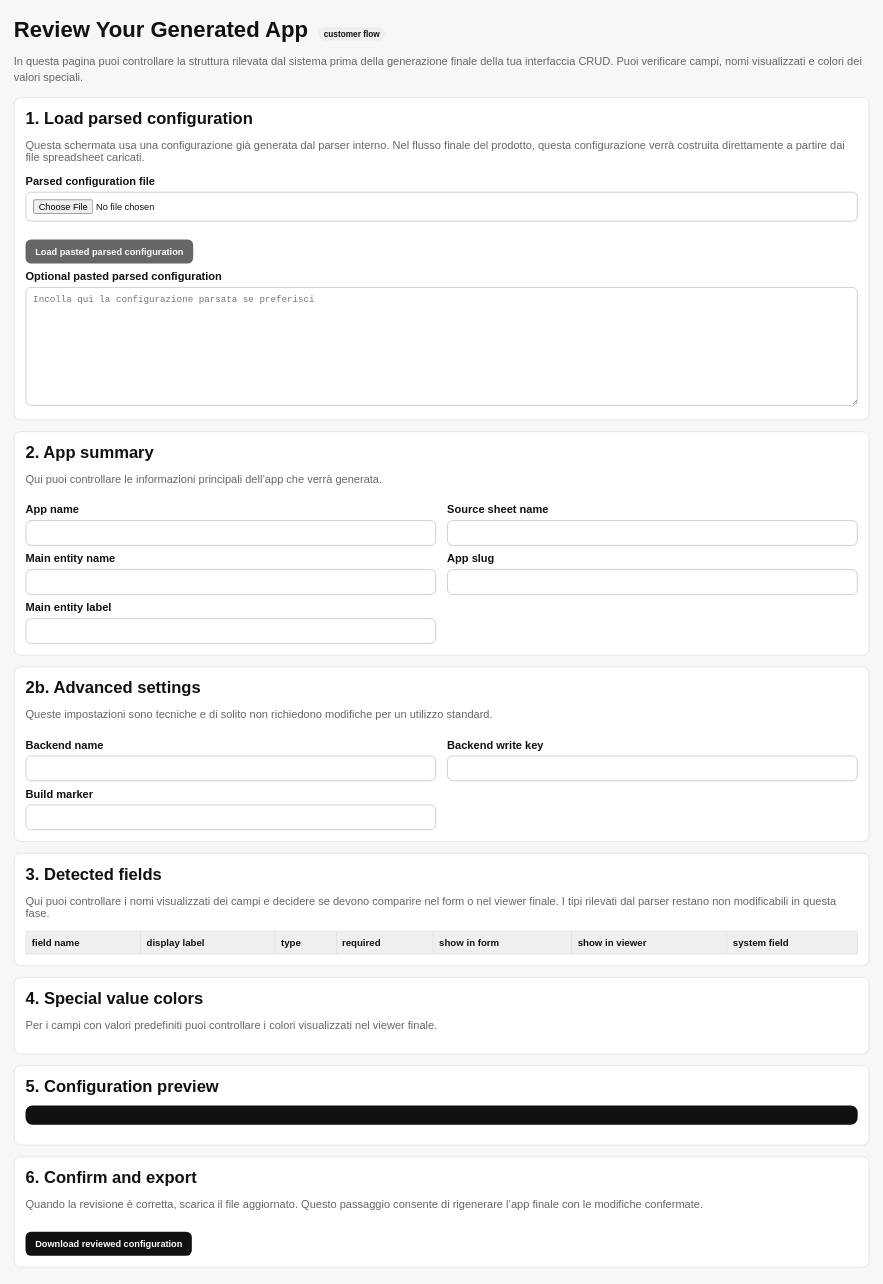
Repository: progettazionemauro/sheets.builder
Page: docs/review.html
An editor plug-in stored every save of this project. The page is shown before and after a run of saves, followed by the edit.
The browser window is 1280 px wide. The pictures show the whole page, at 69% of full size.

Above is the page before, as saved 2026-04-19 08:39:53.

### docs/review.html
<!doctype html>
<html lang="it">
<head>
  <meta charset="utf-8" />
  <meta name="viewport" content="width=device-width, initial-scale=1" />
  <title>Review Generated App</title>
  <style>
    body {
      font-family: Arial, sans-serif;
      max-width: 1240px;
      margin: 24px auto;
      padding: 0 16px;
      background: #f7f7f7;
      color: #111;
    }

    h1, h2, h3 {
      margin-bottom: 8px;
    }

    .card h2 {
      margin-top: 0;
    }

    .muted {
      color: #666;
    }

    .card {
      background: #fff;
      border: 1px solid #ddd;
      border-radius: 10px;
      padding: 16px;
      margin: 16px 0;
    }

    label {
      display: block;
      margin: 10px 0 6px;
      font-weight: bold;
    }

    input, textarea, select {
      width: 100%;
      box-sizing: border-box;
      padding: 10px;
      border: 1px solid #bbb;
      border-radius: 8px;
      background: #fff;
    }

    button {
      margin-top: 14px;
      padding: 10px 14px;
      border: 0;
      border-radius: 8px;
      background: #111;
      color: #fff;
      font-weight: bold;
      cursor: pointer;
    }

    button.secondary {
      background: #666;
    }

    button:disabled {
      opacity: .6;
      cursor: not-allowed;
    }

    .grid {
      display: grid;
      grid-template-columns: 1fr 1fr;
      gap: 16px;
    }

    .actions {
      display: flex;
      gap: 10px;
      flex-wrap: wrap;
      margin-top: 12px;
      align-items: center;
    }

    pre {
      background: #111;
      color: #d8ffd8;
      padding: 14px;
      border-radius: 10px;
      overflow: auto;
      white-space: pre-wrap;
    }

    table {
      width: 100%;
      border-collapse: collapse;
      margin-top: 10px;
      background: #fff;
    }

    th, td {
      border: 1px solid #ddd;
      padding: 8px;
      font-size: 14px;
      text-align: left;
      vertical-align: top;
    }

    th {
      background: #efefef;
    }

    .readonly-cell {
      background: #f3f3f3;
      color: #666;
    }

    .ok {
      color: #0a6;
      font-weight: bold;
    }

    .err {
      color: #b00;
      font-weight: bold;
    }

    .badge {
      display: inline-block;
      padding: 3px 8px;
      border-radius: 999px;
      background: #eee;
      font-size: 12px;
      margin-left: 6px;
    }

    .hero-note {
      line-height: 1.5;
    }
  </style>
</head>
<body>

  <h1>Review Your Generated App <span class="badge">customer flow</span></h1>
  <p class="muted hero-note">
    In questa pagina puoi controllare la struttura rilevata dal sistema prima della generazione finale
    della tua interfaccia CRUD. Puoi verificare campi, nomi visualizzati e colori dei valori speciali.
  </p>

  <div class="card">
    <h2>1. Load parsed configuration</h2>
    <p class="muted">
      Questa schermata usa una configurazione già generata dal parser interno.
      Nel flusso finale del prodotto, questa configurazione verrà costruita direttamente a partire dai file spreadsheet caricati.
    </p>

    <label for="fileInput">Parsed configuration file</label>
    <input id="fileInput" type="file" accept=".json,application/json" />

    <div class="actions">
      <button id="loadSampleBtn" type="button" class="secondary">Load pasted parsed configuration</button>
      <span id="loadStatus" class="muted"></span>
    </div>

    <label for="rawJsonInput">Optional pasted parsed configuration</label>
    <textarea id="rawJsonInput" rows="10" placeholder="Incolla qui la configurazione parsata se preferisci"></textarea>
  </div>

  <div class="card">
    <h2>2. App summary</h2>
    <p class="muted">
      Qui puoi controllare le informazioni principali dell’app che verrà generata.
    </p>

    <div class="grid">
      <div>
        <label for="projectName">App name</label>
        <input id="projectName" />

        <label for="entityName">Main entity name</label>
        <input id="entityName" />

        <label for="entityLabelLower">Main entity label</label>
        <input id="entityLabelLower" />
      </div>

      <div>
        <label for="sheetName">Source sheet name</label>
        <input id="sheetName" />

        <label for="projectSlug">App slug</label>
        <input id="projectSlug" />
      </div>
    </div>
  </div>

  <div class="card">
    <h2>2b. Advanced settings</h2>
    <p class="muted">
      Queste impostazioni sono tecniche e di solito non richiedono modifiche per un utilizzo standard.
    </p>

    <div class="grid">
      <div>
        <label for="backendName">Backend name</label>
        <input id="backendName" />

        <label for="buildMarker">Build marker</label>
        <input id="buildMarker" />
      </div>

      <div>
        <label for="adminPassword">Backend write key</label>
        <input id="adminPassword" />
      </div>
    </div>
  </div>

  <div class="card">
    <h2>3. Detected fields</h2>
    <p class="muted">
      Qui puoi controllare i nomi visualizzati dei campi e decidere se devono comparire nel form o nel viewer finale.
      I tipi rilevati dal parser restano non modificabili in questa fase.
    </p>

    <table id="fieldsTable">
      <thead>
        <tr>
          <th>field name</th>
          <th>display label</th>
          <th>type</th>
          <th>required</th>
          <th>show in form</th>
          <th>show in viewer</th>
          <th>system field</th>
        </tr>
      </thead>
      <tbody></tbody>
    </table>
  </div>

  <div class="card">
    <h2>4. Special value colors</h2>
    <p class="muted">
      Per i campi con valori predefiniti puoi controllare i colori visualizzati nel viewer finale.
    </p>

    <div id="enumStylesWrap"></div>
  </div>

  <div class="card">
    <h2>5. Configuration preview</h2>
    <pre id="stateOut"></pre>
  </div>

  <div class="card">
    <h2>6. Confirm and export</h2>
    <p class="muted">
      Quando la revisione è corretta, scarica il file aggiornato. Questo passaggio consente di rigenerare
      l’app finale con le modifiche confermate.
    </p>

    <div class="actions">
      <button id="downloadBtn" type="button">Download reviewed configuration</button>
      <span id="downloadStatus" class="muted"></span>
    </div>
  </div>

<script>
  let builderState = null;

  function setStatus(id, msg, cls = "muted") {
    const el = document.getElementById(id);
    el.textContent = msg;
    el.className = cls;
  }

  function normalizeBool(value) {
    return value === true;
  }

  function escapeHtml(value) {
    return String(value ?? "")
      .replace(/&/g, "&amp;")
      .replace(/</g, "&lt;")
      .replace(/>/g, "&gt;")
      .replace(/"/g, "&quot;");
  }

  function ensureBuilderStateShape(state) {
    if (!state || typeof state !== "object") {
      throw new Error("Parsed configuration non valida: root non oggetto");
    }

    if (!state.project || typeof state.project !== "object") {
      state.project = {};
    }

    if (!Array.isArray(state.fields)) {
      state.fields = [];
    }

    if (!state.constraints || typeof state.constraints !== "object") {
      state.constraints = {};
    }

    if (!state.enums || typeof state.enums !== "object") {
      state.enums = {};
    }

    if (!state.enumStyles || typeof state.enumStyles !== "object") {
      state.enumStyles = {};
    }

    if (!state.lists || typeof state.lists !== "object") {
      state.lists = {};
    }

    if (!state.options || typeof state.options !== "object") {
      state.options = {};
    }

    state.fields = state.fields.map(field => {
      const f = { ...field };
      f.name = String(f.name || "").trim();
      f.label = String(f.label || f.name || "").trim();
      f.type = String(f.type || "string").trim();
      f.required = normalizeBool(f.required);
      f.computed = normalizeBool(f.computed);
      f.visibleInForm = normalizeBool(f.visibleInForm);
      f.visibleInViewer = normalizeBool(f.visibleInViewer);
      f.locked = normalizeBool(f.locked);
      if (!Array.isArray(f.enumValues)) f.enumValues = [];
      return f;
    });

    recomputeListsFromFields(state);
    return state;
  }

  function recomputeListsFromFields(state) {
    const headers = [];
    const requiredOnInsert = [];
    const optionalOnInsert = [];
    const computed = [];
    const visibleInForm = [];
    const visibleInViewer = [];
    const enums = {};
    const enumStyles = state.enumStyles || {};

    for (const field of state.fields) {
      headers.push(field.name);

      if (field.computed) {
        computed.push(field.name);
      } else if (field.required) {
        requiredOnInsert.push(field.name);
      } else {
        optionalOnInsert.push(field.name);
      }

      if (field.visibleInForm) {
        visibleInForm.push(field.name);
      }

      if (field.visibleInViewer) {
        visibleInViewer.push(field.name);
      }

      if (field.type === "enum" && Array.isArray(field.enumValues) && field.enumValues.length) {
        enums[field.name] = field.enumValues.slice();
      }

      if (field.type === "enum") {
        if (!enumStyles[field.name]) {
          enumStyles[field.name] = {};
        }
        field.enumStyles = enumStyles[field.name];
      }
    }

    state.enums = enums;
    state.enumStyles = enumStyles;
    state.lists = {
      headers,
      requiredOnInsert,
      optionalOnInsert,
      computed,
      visibleInForm,
      visibleInViewer
    };
  }

  function renderProject() {
    const p = builderState.project || {};
    document.getElementById("projectName").value = p.projectName || "";
    document.getElementById("projectSlug").value = p.projectSlug || "";
    document.getElementById("backendName").value = p.backendName || "";
    document.getElementById("entityName").value = p.entityName || "";
    document.getElementById("entityLabelLower").value = p.entityLabelLower || "";
    document.getElementById("sheetName").value = p.sheetName || "";
    document.getElementById("buildMarker").value = p.buildMarker || "";
    document.getElementById("adminPassword").value = p.adminPassword || "";
  }

  function renderFieldsTable() {
    const tbody = document.querySelector("#fieldsTable tbody");
    tbody.innerHTML = "";

    builderState.fields.forEach((field, idx) => {
      const tr = document.createElement("tr");

      tr.innerHTML = `
        <td class="readonly-cell">
          <input data-key="name" data-index="${idx}" value="${escapeHtml(field.name)}" readonly />
        </td>
        <td>
          <input data-key="label" data-index="${idx}" value="${escapeHtml(field.label || "")}" />
        </td>
        <td class="readonly-cell">
          <input data-key="type" data-index="${idx}" value="${escapeHtml(field.type)}" readonly />
        </td>
        <td>
          <select data-key="required" data-index="${idx}" ${field.computed ? "disabled" : ""}>
            <option value="false" ${field.required ? "" : "selected"}>NO</option>
            <option value="true" ${field.required ? "selected" : ""}>YES</option>
          </select>
        </td>
        <td>
          <select data-key="visibleInForm" data-index="${idx}" ${field.computed ? "disabled" : ""}>
            <option value="false" ${field.visibleInForm ? "" : "selected"}>NO</option>
            <option value="true" ${field.visibleInForm ? "selected" : ""}>YES</option>
          </select>
        </td>
        <td>
          <select data-key="visibleInViewer" data-index="${idx}">
            <option value="false" ${field.visibleInViewer ? "" : "selected"}>NO</option>
            <option value="true" ${field.visibleInViewer ? "selected" : ""}>YES</option>
          </select>
        </td>
        <td class="readonly-cell">${field.locked ? "YES" : "NO"}</td>
      `;

      tbody.appendChild(tr);
    });

    bindFieldEvents();
  }

  function ensureEnumStylesShape() {
    if (!builderState.enumStyles || typeof builderState.enumStyles !== "object") {
      builderState.enumStyles = {};
    }

    builderState.fields.forEach(field => {
      if (field.type !== "enum") return;

      if (!builderState.enumStyles[field.name] || typeof builderState.enumStyles[field.name] !== "object") {
        builderState.enumStyles[field.name] = {};
      }

      (field.enumValues || []).forEach(value => {
        if (!builderState.enumStyles[field.name][value]) {
          builderState.enumStyles[field.name][value] = { bg: "", fg: "" };
        } else {
          const styleObj = builderState.enumStyles[field.name][value];
          builderState.enumStyles[field.name][value] = {
            bg: String(styleObj.bg || ""),
            fg: String(styleObj.fg || "")
          };
        }
      });
    });
  }

  function renderEnumStylesEditor() {
    const wrap = document.getElementById("enumStylesWrap");
    if (!wrap) return;

    wrap.innerHTML = "";
    ensureEnumStylesShape();

    const enumFields = builderState.fields.filter(field => field.type === "enum");

    if (!enumFields.length) {
      wrap.innerHTML = `<div class="muted">Nessun campo con valori speciali rilevato.</div>`;
      return;
    }

    enumFields.forEach(field => {
      const box = document.createElement("div");
      box.className = "card";
      box.style.margin = "12px 0";
      box.style.padding = "12px";

      let html = `<h3 style="margin:0 0 10px;">${escapeHtml(field.label || field.name)} <span class="muted">(${escapeHtml(field.name)})</span></h3>`;
      html += `<table><thead><tr><th>value</th><th>background</th><th>foreground</th><th>preview</th></tr></thead><tbody>`;

      (field.enumValues || []).forEach(value => {
        const styleObj = builderState.enumStyles[field.name][value] || { bg: "", fg: "" };
        const bg = styleObj.bg || "#ffffff";
        const fg = styleObj.fg || "#000000";

        const previewStyle = [
          bg ? `background:${bg}` : "",
          fg ? `color:${fg}` : "",
          "font-weight:700",
          "text-align:center"
        ].filter(Boolean).join("; ");

        html += `
          <tr>
            <td class="readonly-cell">${escapeHtml(value)}</td>

            <td>
              <div style="display:flex; gap:8px; align-items:center;">
                <input
                  data-enum-field="${escapeHtml(field.name)}"
                  data-enum-value="${escapeHtml(value)}"
                  data-enum-prop="bg"
                  data-enum-role="text"
                  value="${escapeHtml(bg)}"
                  placeholder="#ffffff"
                  style="width:140px;"
                />
                <input
                  type="color"
                  data-enum-field="${escapeHtml(field.name)}"
                  data-enum-value="${escapeHtml(value)}"
                  data-enum-prop="bg"
                  data-enum-role="picker"
                  value="${escapeHtml(bg)}"
                  style="width:56px; padding:4px;"
                />
              </div>
            </td>

            <td>
              <div style="display:flex; gap:8px; align-items:center;">
                <input
                  data-enum-field="${escapeHtml(field.name)}"
                  data-enum-value="${escapeHtml(value)}"
                  data-enum-prop="fg"
                  data-enum-role="text"
                  value="${escapeHtml(fg)}"
                  placeholder="#000000"
                  style="width:140px;"
                />
                <input
                  type="color"
                  data-enum-field="${escapeHtml(field.name)}"
                  data-enum-value="${escapeHtml(value)}"
                  data-enum-prop="fg"
                  data-enum-role="picker"
                  value="${escapeHtml(fg)}"
                  style="width:56px; padding:4px;"
                />
              </div>
            </td>

            <td>
              <div style="padding:8px; border-radius:8px; border:1px solid #ddd; ${previewStyle}">
                ${escapeHtml(value)}
              </div>
            </td>
          </tr>
        `;
      });

      html += `</tbody></table>`;
      box.innerHTML = html;
      wrap.appendChild(box);
    });

    bindEnumStyleEvents();
  }

  function renderEnumStyles() {
    renderEnumStylesEditor();
  }

  function bindFieldEvents() {
    document.querySelectorAll("[data-key]").forEach(el => {
      const key = el.dataset.key;
      const idx = Number(el.dataset.index);
      const field = builderState.fields[idx];

      if (key === "type" || key === "name") {
        return;
      }

      if (el.tagName === "INPUT") {
        el.addEventListener("input", () => {
          field[key] = el.value;
          recomputeListsFromFields(builderState);
          renderPreviewOnly();
        });
        return;
      }

      if (el.tagName === "SELECT") {
        el.addEventListener("change", () => {
          field[key] = el.value === "true";

          if (key === "required" && field.computed) {
            field.required = false;
          }

          if (key === "visibleInForm" && field.computed) {
            field.visibleInForm = false;
          }

          recomputeListsFromFields(builderState);
          renderPreviewOnly();
        });
      }
    });
  }

  function syncEnumStyleInputs(fieldName, valueName, prop, value) {
    document.querySelectorAll(
      `[data-enum-field="${fieldName}"][data-enum-value="${valueName}"][data-enum-prop="${prop}"]`
    ).forEach(el => {
      if (el.value !== value) {
        el.value = value;
      }
    });
  }

  function bindEnumStyleEvents() {
    document.querySelectorAll("[data-enum-field]").forEach(el => {
      el.addEventListener("input", () => {
        const fieldName = el.dataset.enumField;
        const valueName = el.dataset.enumValue;
        const prop = el.dataset.enumProp;
        const role = el.dataset.enumRole;

        if (!builderState.enumStyles[fieldName]) {
          builderState.enumStyles[fieldName] = {};
        }

        if (!builderState.enumStyles[fieldName][valueName]) {
          builderState.enumStyles[fieldName][valueName] = { bg: "", fg: "" };
        }

        let val = el.value.trim();

        if (role === "picker") {
          val = val.toLowerCase();
        }

        builderState.enumStyles[fieldName][valueName][prop] = val;

        syncEnumStyleInputs(fieldName, valueName, prop, val);
        renderPreviewOnly();
        renderEnumStylesEditor();
      });
    });
  }

  function bindProjectEvents() {
    const mapping = [
      "projectName",
      "projectSlug",
      "backendName",
      "entityName",
      "entityLabelLower",
      "sheetName",
      "buildMarker",
      "adminPassword"
    ];

    mapping.forEach(key => {
      const el = document.getElementById(key);
      el.addEventListener("input", () => {
        if (!builderState) return;
        builderState.project[key] = el.value;
        renderPreviewOnly();
      });
    });
  }

  function renderPreviewOnly() {
    document.getElementById("stateOut").textContent =
      JSON.stringify(builderState, null, 2);
  }

  function renderAll() {
    renderProject();
    renderFieldsTable();
    renderEnumStyles();
    renderPreviewOnly();
  }

  async function loadFromFile(file) {
    const text = await file.text();
    const parsed = JSON.parse(text);
    builderState = ensureBuilderStateShape(parsed);
    renderAll();
    setStatus("loadStatus", "Configuration loaded successfully", "ok");
  }

  document.getElementById("fileInput").addEventListener("change", async (e) => {
    const file = e.target.files && e.target.files[0];
    if (!file) return;

    try {
      await loadFromFile(file);
    } catch (err) {
      setStatus("loadStatus", "Errore: " + err.message, "err");
      console.error(err);
    }
  });

  document.getElementById("loadSampleBtn").addEventListener("click", () => {
    try {
      const raw = document.getElementById("rawJsonInput").value.trim();
      if (!raw) throw new Error("Area parsed configuration vuota");

      const parsed = JSON.parse(raw);
      builderState = ensureBuilderStateShape(parsed);
      renderAll();
      setStatus("loadStatus", "Configuration loaded from pasted content", "ok");
    } catch (err) {
      setStatus("loadStatus", "Errore: " + err.message, "err");
      console.error(err);
    }
  });

  document.getElementById("downloadBtn").addEventListener("click", () => {
    try {
      if (!builderState) throw new Error("Nessuna configuration caricata");

      const blob = new Blob(
        [JSON.stringify(builderState, null, 2)],
        { type: "application/json" }
      );

      const a = document.createElement("a");
      a.href = URL.createObjectURL(blob);
      a.download = "reviewed_configuration.json";
      document.body.appendChild(a);
      a.click();
      document.body.removeChild(a);
      URL.revokeObjectURL(a.href);

      setStatus("downloadStatus", "Reviewed configuration generated successfully", "ok");
    } catch (err) {
      setStatus("downloadStatus", "Errore: " + err.message, "err");
      console.error(err);
    }
  });

  bindProjectEvents();
</script>

</body>
</html>

After the next 2 saves:
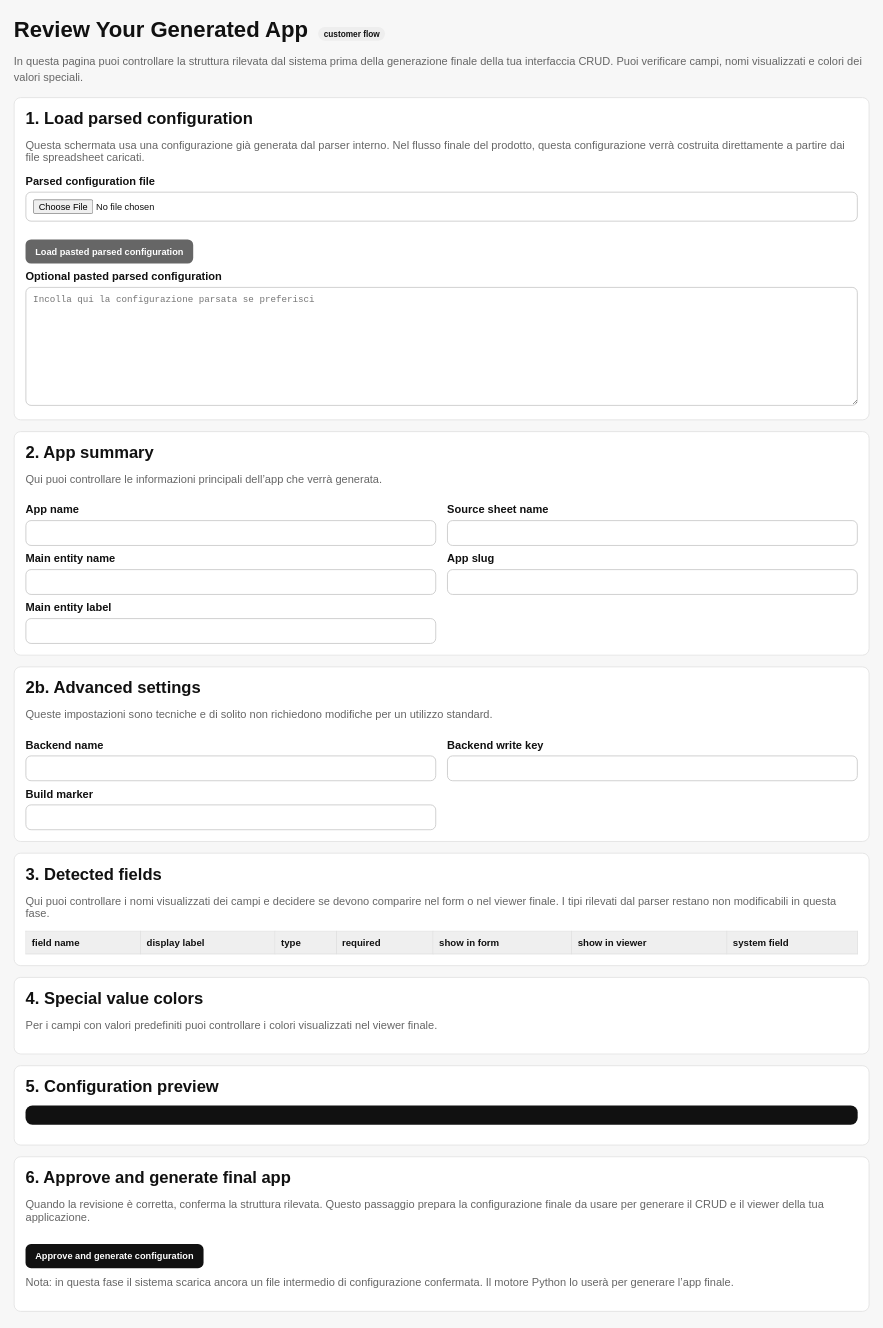
The 2 saves are shown as one change because they came seconds apart.
The last was saved 29 s later.
--- a/docs/review.html
+++ b/docs/review.html
@@ -254,18 +254,23 @@
     <pre id="stateOut"></pre>
   </div>
 
-  <div class="card">
-    <h2>6. Confirm and export</h2>
-    <p class="muted">
-      Quando la revisione è corretta, scarica il file aggiornato. Questo passaggio consente di rigenerare
-      l’app finale con le modifiche confermate.
-    </p>
-
-    <div class="actions">
-      <button id="downloadBtn" type="button">Download reviewed configuration</button>
-      <span id="downloadStatus" class="muted"></span>
-    </div>
+ <div class="card">
+  <h2>6. Approve and generate final app</h2>
+  <p class="muted">
+    Quando la revisione è corretta, conferma la struttura rilevata. Questo passaggio prepara la configurazione finale
+    da usare per generare il CRUD e il viewer della tua applicazione.
+  </p>
+
+  <div class="actions">
+    <button id="downloadBtn" type="button">Approve and generate configuration</button>
+    <span id="downloadStatus" class="muted"></span>
   </div>
+
+  <p class="muted" style="margin-top:12px;">
+    Nota: in questa fase il sistema scarica ancora un file intermedio di configurazione confermata.
+    Il motore Python lo userà per generare l’app finale.
+  </p>
+</div>
 
 <script>
   let builderState = null;
